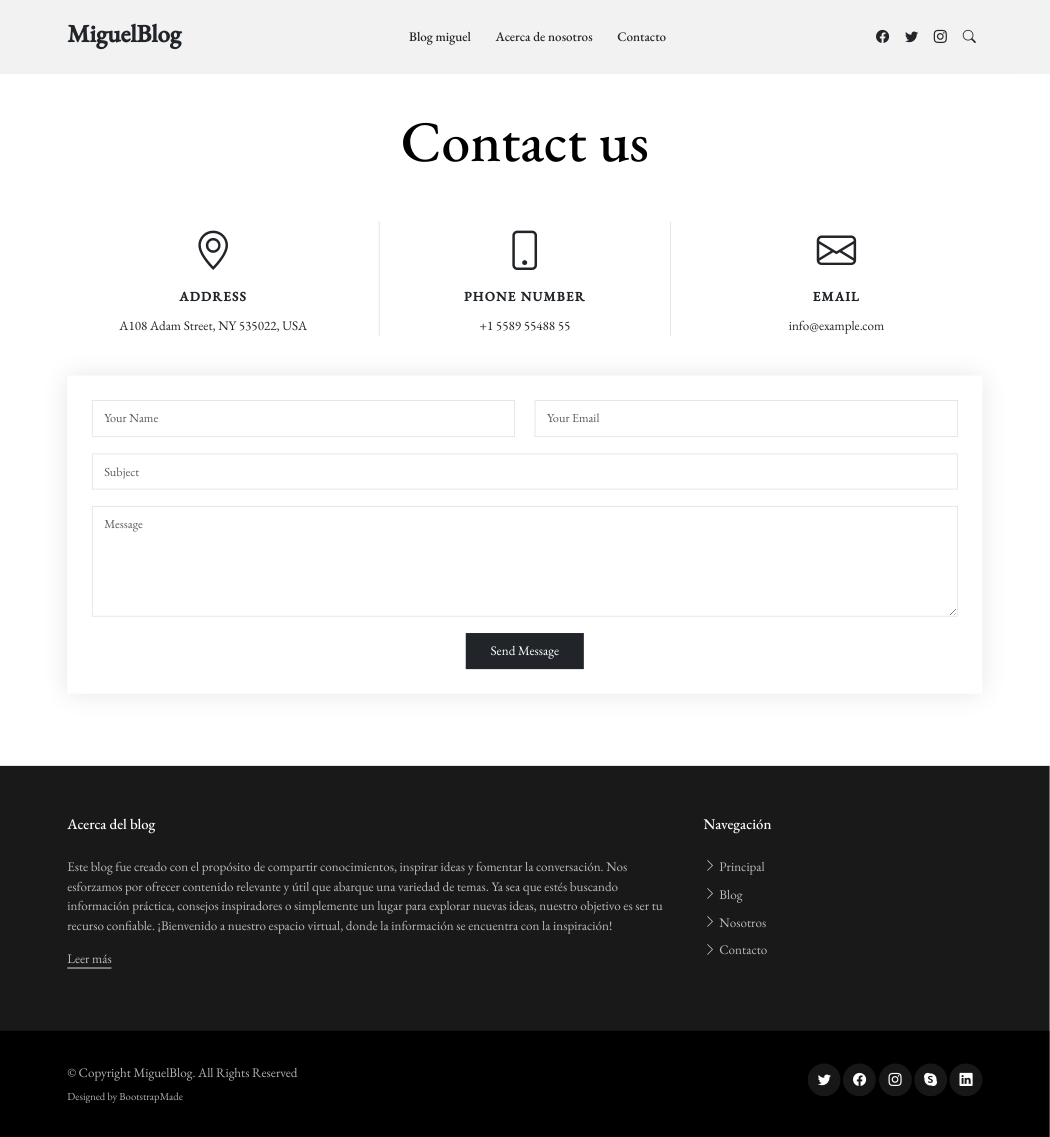
Repository: MiguelDev5/blog-miguel
Page: contact.html
The author's editor kept a copy of each file at every save. The page is drawn from the files as they stood at one save, then again after the next save.
The browser window is 1280 px wide. The pictures show the whole page, at 82% of full size.
Some web fonts or font styles are not loaded; a fallback is used.

Above is the page before, as saved 2024-01-01 21:47:08.

After the next save:
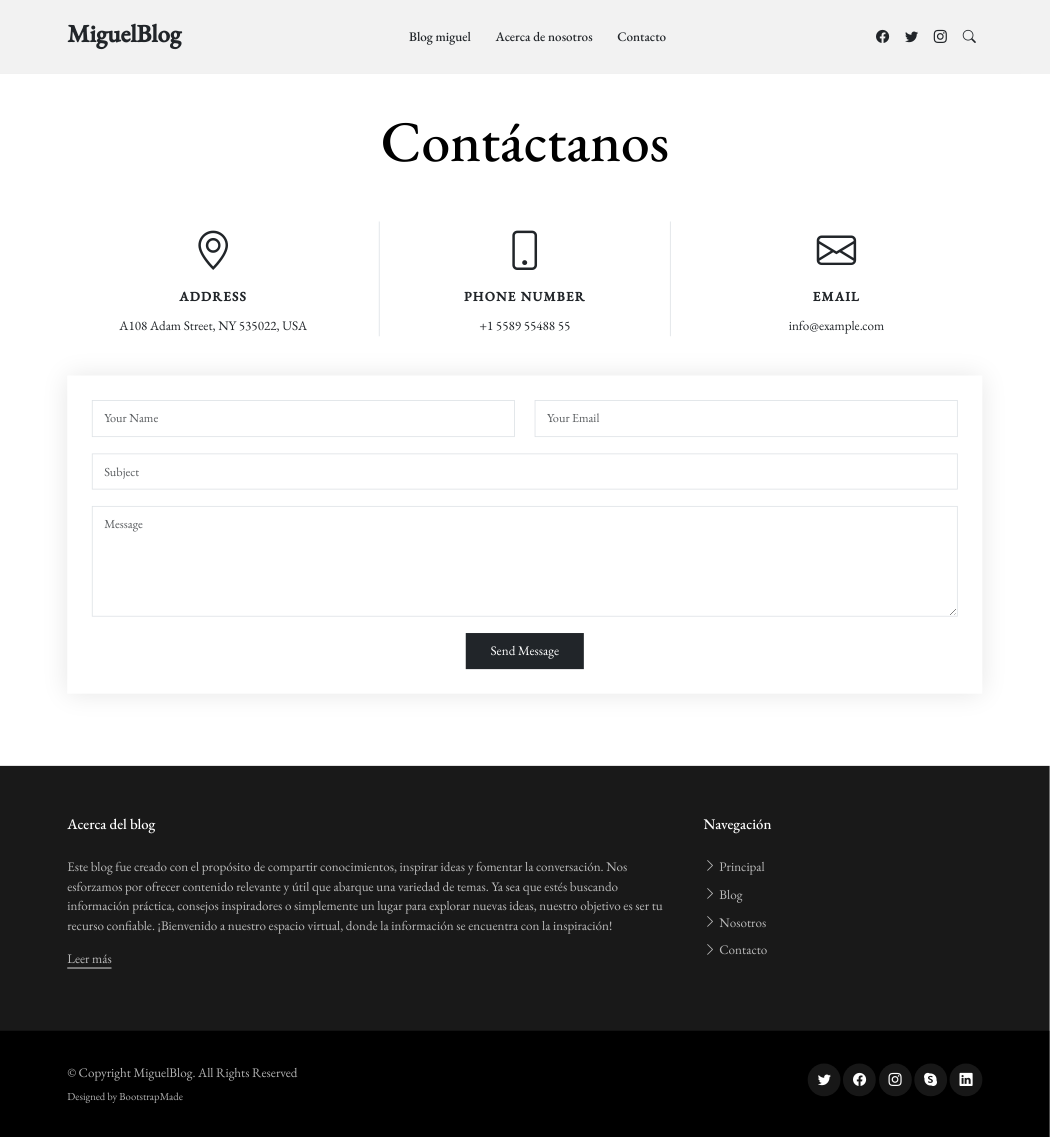
Saved 3 min 21 s later.
--- a/contact.html
+++ b/contact.html
@@ -87,7 +87,7 @@
 
         <div class="row">
           <div class="col-lg-12 text-center mb-5">
-            <h1 class="page-title">Contact us</h1>
+            <h1 class="page-title">Contáctanos</h1>
           </div>
         </div>
 
